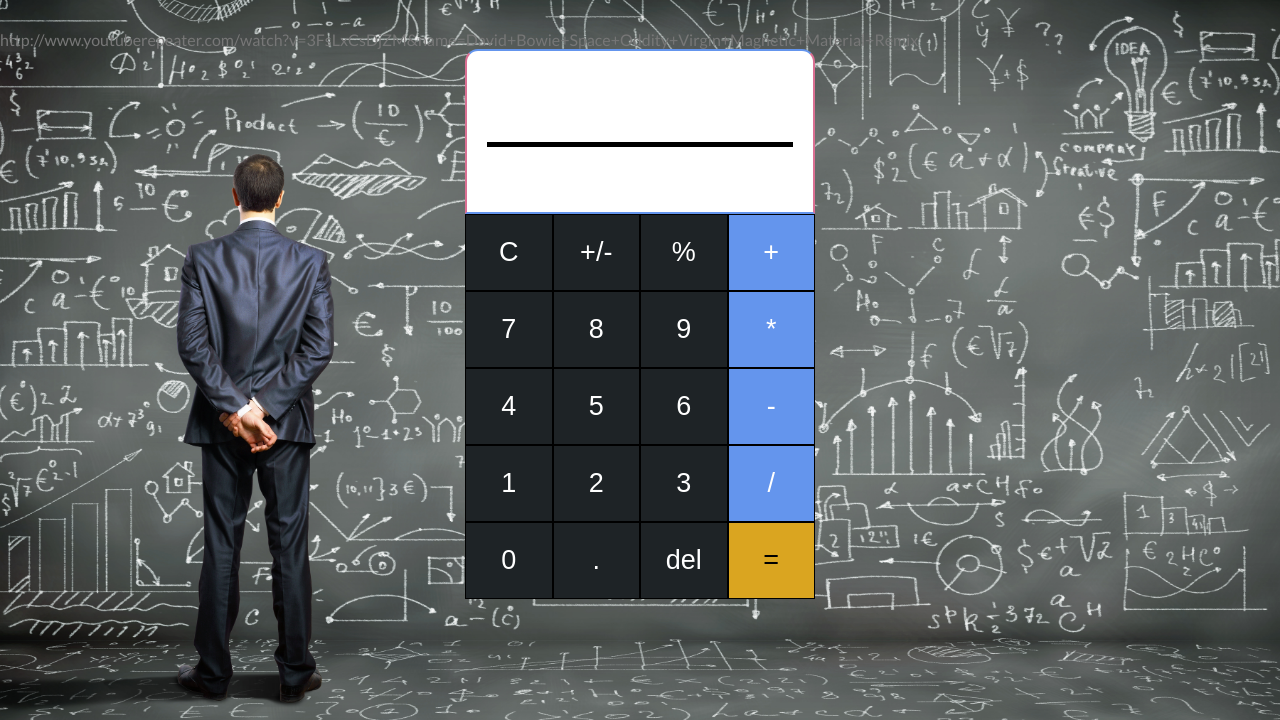
Repository: OfirLana/Calculator
Page: index.html
An editor plug-in stored every save of this project. The page is shown before and after the next save, followed by the edit.
The browser window is 1280 px wide. The pictures show the whole page.

Above is the page before, as saved 2019-03-18 18:28:56.

After the next save:
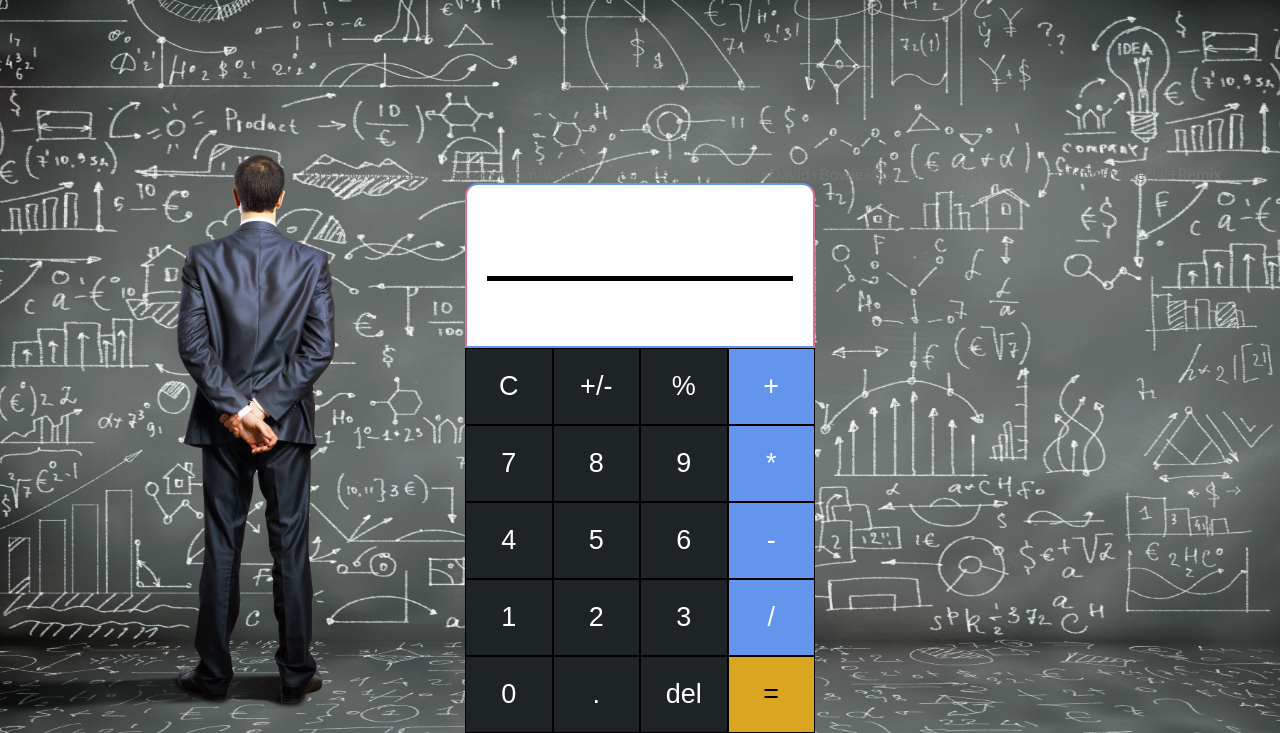
Saved 16 s later.
--- a/index.html
+++ b/index.html
@@ -9,6 +9,7 @@
     <title>Document</title>
     <link rel="stylesheet" href="style.css">
 </head>
+<iframe src="" frameborder="0"></iframe>
 http://www.youtuberepeater.com/watch?v=3FsLxCsDjZM&name=David+Bowie+Space+Oddity+Virgin+Magnetic+Material+Remix
 <body>
 
